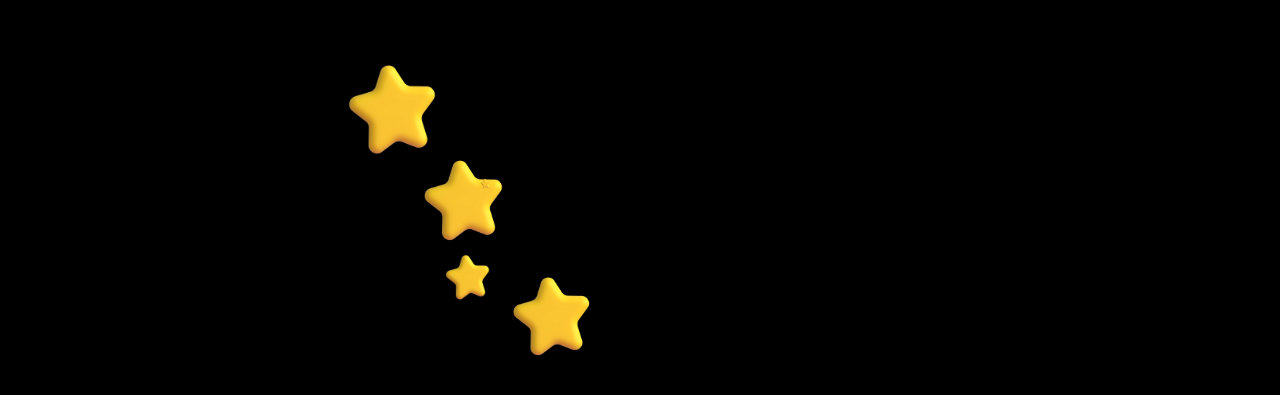
Repository: heartbreathing/Star-game
Page: index.html
An editor plug-in stored every save of this project. The page is shown before and after a run of saves, followed by the edit.
The browser window is 1280 px wide. The pictures show the whole page.

Above is the page before, as saved 2022-10-29 12:36:12.

### index.html
<!DOCTYPE html>
<html lang="en">
  <head>
    <meta charset="UTF-8" />
    <meta http-equiv="X-UA-Compatible" content="IE=edge" />
    <meta name="viewport" content="width=device-width, initial-scale=1.0" />
    <title>Document</title>
    <style>
      body {
        background-color: black;
      }
    </style>
  </head>
  <body>
    <script>
      function star() {
        let timer = setInterval(function () {
          var obj = document.createElement('img');
          var wid = Math.floor(Math.random() * 100 + 10);
          obj.width = wid;
          var x = Math.floor(Math.random() * 600);
          var y = Math.floor(Math.random() * 300);
          obj.style.position = 'absolute';
          obj.style.top = y + 'px';
          obj.style.left = x + 'px';
          obj.src = './image/star.png';
          document.body.appendChild(obj);
          obj.addEventListener('click', function () {
            // this.parentNode.removeChild(this);
            this.remove(this);
          });
        }, 1000);
      }
      star();
    </script>
  </body>
</html>

After the next 2 saves:
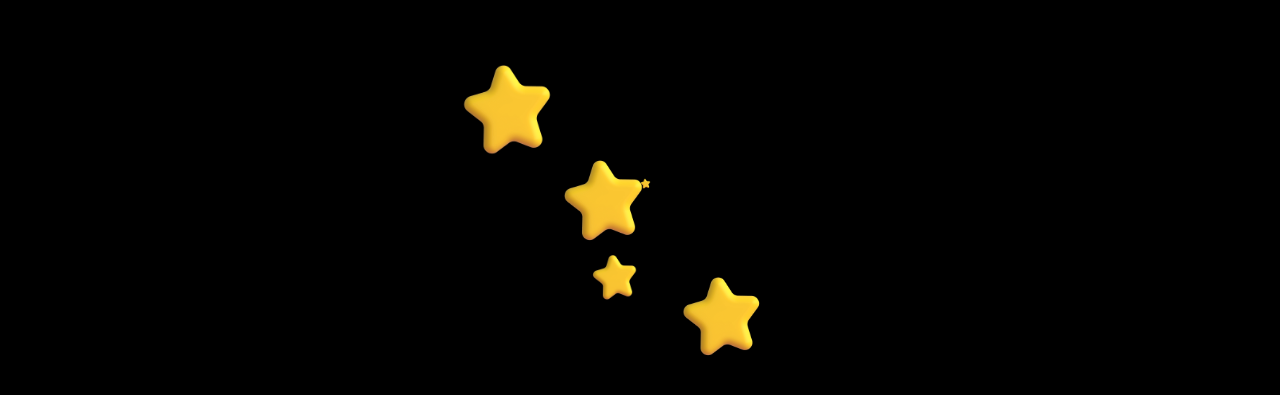
The 2 saves are shown as one change because they came seconds apart.
The last was saved 33 s later.
--- a/index.html
+++ b/index.html
@@ -18,7 +18,7 @@
           var obj = document.createElement('img');
           var wid = Math.floor(Math.random() * 100 + 10);
           obj.width = wid;
-          var x = Math.floor(Math.random() * 600);
+          var x = Math.floor(Math.random() * 800);
           var y = Math.floor(Math.random() * 300);
           obj.style.position = 'absolute';
           obj.style.top = y + 'px';
